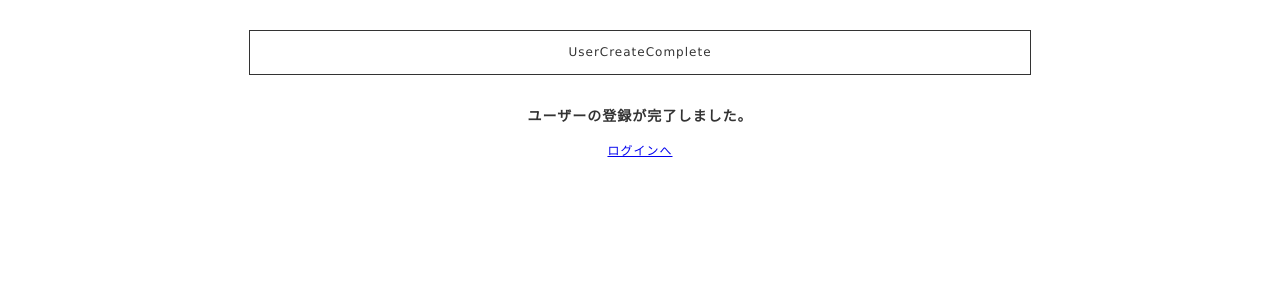
Repository: kosugisyunki/test
Page: http://localhost/template/userCreateComplete.jsp
The author's editor kept a copy of each file at every save. The page is drawn from the files as they stood at one save, then again after the next save.
The browser window is 1280 px wide. The pictures show the whole page.
The page is served by Tomcat 9. Other server files are loaded and not shown.

Above is the page before, as saved 2019-07-12 11:20:42.

### template/WebContent/userCreateComplete.jsp
<%@ page language="java" contentType="text/html; charset=UTF-8"
    pageEncoding="UTF-8"%>
<%@ taglib prefix="s" uri="/struts-tags" %>
<!DOCTYPE html>
<html>
<head>
	<meta http-equiv="Content-Type" content="text/html; charset=UTF-8">
	<meta http-equiv="Content-Style-Type" content="text/css"/>
	<meta http-equiv="Content-Script-Type" content="text/javascript"/>
	<meta http-equiv="imagetoolbar" content="no"/>
	<meta name="description" content""/>
	<meta name="keywords" content=""/>
	<title>UserCreateComplete画面</title>

	<style type="text/css">
		body{
			margin:0;
			padding:0;
			line-height:1.6;
			letter-spacing:1px;
			font-family:Verdana,Helvetica,sans-serif;
			font-size:12px;
			color:#333;
			background:#fff;
		}
		table{
			text-align:center;
			margin:0 outo;
		}

		#top{
			width:780px;
			margin:30px auto;
			border:1px solid #333;
		}
		#header{
			width:100%;
			height:80px;
			background-color:black;
		}
		#main{
			width:100%;
			height:500px;
			text-align:center;
		}
		#footer{
			width:100%;
			height:80px;
			background-color:black;
			clear:both;
		}
	</style>
</head>
<body>
	<dix id="header">
		<div id="pr">
		</div>
	</dix>
	<div id="main">
		<div id="top">
			<p>UserCreateComplete</p>
		</div>
		<div >
			<h3>ユーザーの登録が完了しました。</h3>
			<div>
				<a href='<s:url action="HomeAction"/>'>ログインへ</a>
			</div>
		</div>
	</div>
	<div>
		<div id="pr">
		</div>
	</div>

</body>
</html>

After the next save:
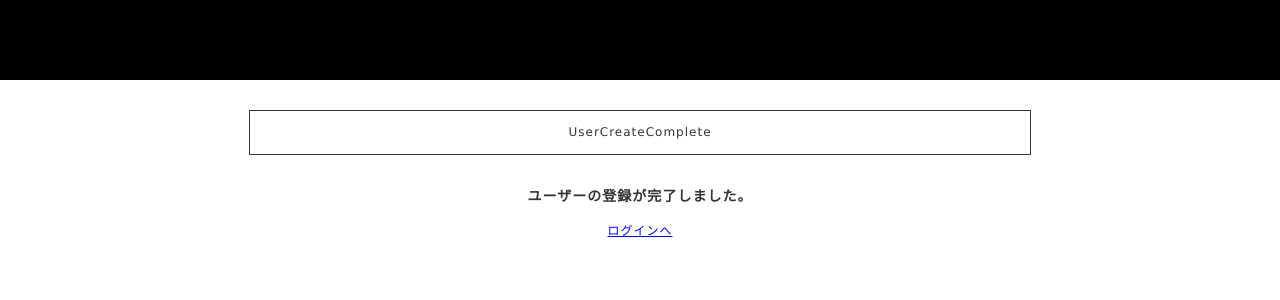
Saved 12 s later.
--- a/template/WebContent/userCreateComplete.jsp
+++ b/template/WebContent/userCreateComplete.jsp
@@ -52,10 +52,10 @@
 	</style>
 </head>
 <body>
-	<dix id="header">
+	<div id="header">
 		<div id="pr">
 		</div>
-	</dix>
+	</div>
 	<div id="main">
 		<div id="top">
 			<p>UserCreateComplete</p>
